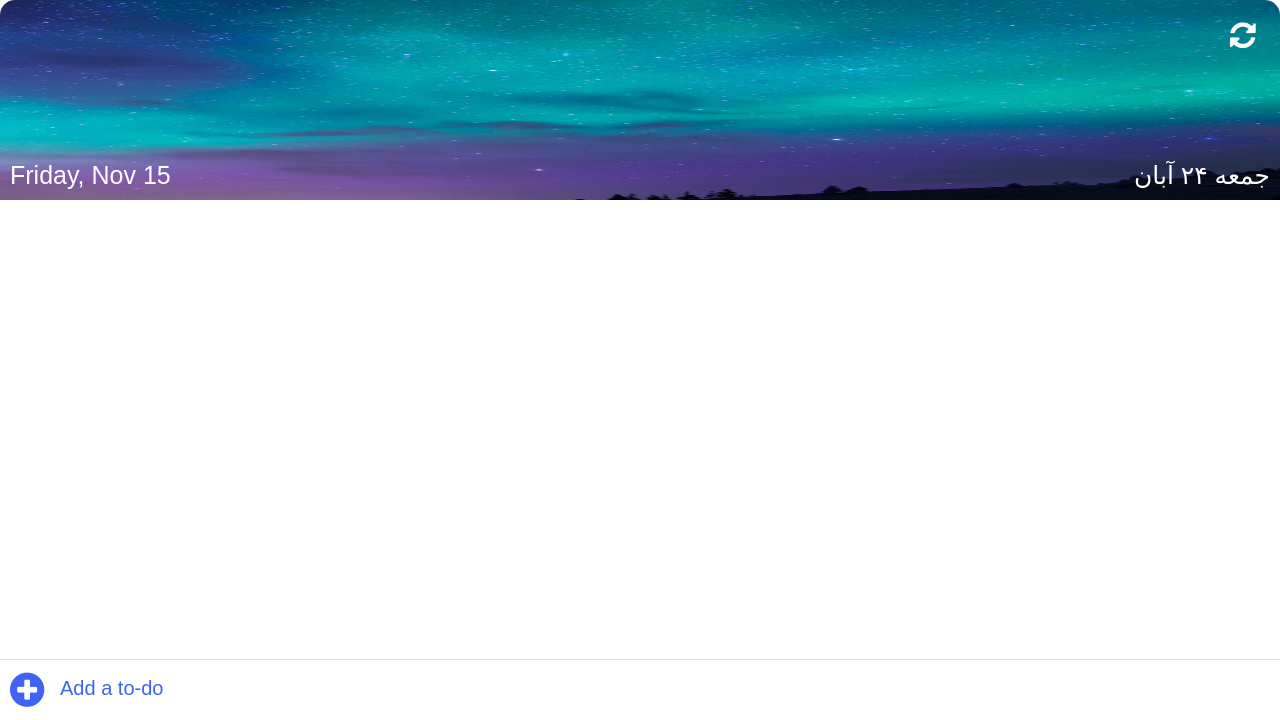
Repository: abouzarSoleymani/todo-js
Page: index.html
These files come from the project's save history. The page is drawn as it stood at one moment and after the next save; the edit follows.
The browser window is 1280 px wide. The pictures show the whole page.

Above is the page before, as saved 2019-11-15 16:09:25.

### index.html
<!-- CODE EXPLAINED CHANNEL -->
<!DOCTYPE html>
<html lang="en">
<head>
    <meta charset="UTF-8">
    <title>JavaScript - To Do List</title>
    <link href="https://fonts.googleapis.com/css?family=Roboto|Signika&display=swap" rel="stylesheet">
    <script src="https://unpkg.com/sweetalert/dist/sweetalert.min.js"></script>
        <link rel="stylesheet" href="css/font-awesome.css">
    <link rel="stylesheet" href="css/style.css">
</head>
<body>
    <div class="container">
        <div class="header">
            <div class="clear">
                <i class="fa fa-refresh"></i>
            </div>
            <div id="date"></div>
            <div id="date-fa"></div>
        </div>
        <div class="content">
            <ul id="list">
               <!--
                <li class="item">
                    <i class="fa fa-circle-thin co" job="complete" id="0"></i>
                    <p class="text">Drink Coffee</p>
                    <i class="fa fa-trash-o de" job="delete" id="0"></i>
                </li> -->
            </ul>
        </div>
        <div class="add-to-do">
            <i class="fa fa-plus-circle"></i>
            <input type="text" id="input" placeholder="Add a to-do">
        </div>
    </div>
    <script src="js/app.js"></script>
</body>
</html>

### css/style.css
/* ------------ youtube.com/CodeExplained ------------ */
body{
    padding: 0;
    margin: 0;
    background-color: rgba(255, 255, 255, 0.1);
    font-family: 'Roboto', sans-serif;
    height: 100vh;
}

/* ------------ container ------------ */
.container{
    width:100%;
    height:100%;
    margin:0 auto;
}

/* ------------ header ------------ */
.header{
    width: 100%;
    height:200px;
    background-image: url('../img/bg2.jpg');
    background-size: 100% 200%;
    background-repeat: no-repeat;
    border-radius: 15px 15px 0 0;
    position: relative;
}
.clear{
    width : 30px;
    height: 30px;
    position: absolute;
    right:20px;
    top: 20px;
}
.clear i{
    font-size: 30px;
    color: #FFF;
}
.clear i:hover{
    cursor: pointer;
    text-shadow: 1px 3px 5px #000;
    transform: rotate(45deg);
}
#date{
    position: absolute;
    bottom: 10px;
    left: 10px;
    color: #FFF;
    font-size: 25px;
    font-family: 'Titillium Web', sans-serif;
}
#date-fa{
    position: absolute;
    bottom: 10px;
    right: 10px;
    color: #FFF;
    font-size: 25px;
    font-family: 'Titillium Web', sans-serif;
}

/* ------------ content ------------ */
.content{
    width:100%;
    height: 350px;
    max-height:350px;
    background-color: #FFF;
    overflow: auto;
    padding-top: 40px;
}
.content::-webkit-scrollbar {
    display: none;
}
.content ul{
    padding:0;
    margin:0;
}
.item{
    width:100%;
    height: 45px;
    min-height: 45px;
    position: relative;
    border-bottom: 1px solid rgba(0,0,0,0.1);
    list-style: none;
    padding: 0;
    margin: 0;
}
.item i.co{
    position: absolute;
    font-size: 25px;
    padding-left:5px;
    left:15px;
    top:10px;
}
.item i.co:hover{
    cursor: pointer;
}
.fa-check-circle{
    color:#6eb200;
}
.item p.text{
    position: absolute;
    padding:0;
    margin:0;
    font-size: 20px;
    left:50px;
    top:5px;
    background-color: #FFF;
}
.lineThrough{
    text-decoration: line-through;
    color : #ccc;
}
.item i.de{
    position: absolute;
    font-size: 25px;
    right:15px;
    top:10px;
}
.item i.de:hover{
    color:#af0000;
    cursor: pointer;
}
/* ------------ add item ------------ */
.add-to-do{
    position: fixed;
    height:40px;
    bottom: 0;
    background-color: #FFF;
    padding: 10px;
    border-top: 1px solid rgba(0,0,0,0.1);
    left: 0;
    right: 0;
}
.add-to-do i{
    position: absolute;
    font-size: 40px;
    color: #4162f6;
}

.add-to-do input{
    position: absolute;
    left: 50px;
    height: 35px;
    background-color: transparent;
    border: none;
    font-size: 20px;
    padding-left:10px;
    width: calc(100% - 85px);
}
.add-to-do input::-webkit-input-placeholder { /* Chrome/Opera/Safari */
    color: #4162f6;
    font-family: 'Titillium Web', sans-serif;
    font-size: 20px;
}
.add-to-do input::-moz-placeholder { /* Firefox 19+ */
    color: #4162f6;
    font-family: 'Titillium Web', sans-serif;
    font-size: 20px;
}
.add-to-do input:-ms-input-placeholder { /* IE 10+ */
    color: #4162f6;
    font-family: 'Titillium Web', sans-serif;
    font-size: 20px;
}
.add-to-do input:-moz-placeholder { /* Firefox 18- */
    color: #4162f6;
    font-family: 'Titillium Web', sans-serif;
    font-size: 20px;
}

### js/app.js
// CODE EXPLAINED channel

// Select the Elements
const clear = document.querySelector(".clear");
const dateElementEN = document.getElementById("date");
const dateElementFA = document.getElementById("date-fa");
const list = document.getElementById("list");
const input = document.getElementById("input");

// Classes names
const CHECK = "fa-check-circle";
const UNCHECK = "fa-circle-thin";
const LINE_THROUGH = "lineThrough";

// Variables
let LIST, id;

// get item from localstorage
let data = localStorage.getItem("TODO");

// check if data is not empty
if(data){
    LIST = JSON.parse(data);
    id = LIST.length; // set the id to the last one in the list
    loadList(LIST); // load the list to the user interface
}else{
    // if data isn't empty
    LIST = [];
    id = uuidv4();
}

// load items to the user's interface
function loadList(array){
    array.forEach(function(item){
        addToDo(item.name, item.id, item.done, item.trash);
    });
}

// clear the local storage
clear.addEventListener("click", function(){
    localStorage.clear();
    location.reload();
});

// Show todays date
const optionsEN = {weekday : "long", month:"short", day:"numeric"};
const optionsFA = { weekday : "long", month:"short", day:"numeric"};
const today = new Date();

dateElementEN.innerHTML = today.toLocaleDateString("en-US", optionsEN);
dateElementFA.innerHTML = today.toLocaleDateString("fa", optionsFA);

// add to do function

function addToDo(toDo, id, done, trash){

    if(trash){ return; }

    const DONE = done ? CHECK : UNCHECK;
    const LINE = done ? LINE_THROUGH : "";
    const item = `<li class="item">
                    <i class="fa ${DONE} co" job="complete" id="${id}"></i>
                    <p class="text ${LINE}">${toDo}</p>
                    <i class="fa fa-trash-o de" job="delete" id="${id}"></i>
                  </li>
                `;

    const position = "beforeend";

    list.insertAdjacentHTML(position, item);
}

// add an item to the list user the enter key
document.addEventListener("keyup",function(even){
    if(event.keyCode == 13){
        const toDo = input.value;

        // if the input isn't empty
        if(toDo){
            addToDo(toDo, id, false, false);

            LIST.push({
                name : toDo,
                id : id,
                done : false,
                trash : false
            });

            // add item to localstorage ( this code must be added where the LIST array is updated)
            localStorage.setItem("TODO", JSON.stringify(LIST));

            id = uuidv4();
        }
        input.value = "";
    }
});


// complete to do
function completeToDo(element){
    element.classList.toggle(CHECK);
    element.classList.toggle(UNCHECK);
    element.parentNode.querySelector(".text").classList.toggle(LINE_THROUGH);

  //  LIST[element.id].done = LIST[element.id].done ? false : true;
    let item = LIST.find(item => item.id == element.id);
        item.done? item.done = false : item.done = true;
    // add item to localstorage ( this code must be added where the LIST array is updated)
    console.log(LIST.find(item => item.id == element.id).done)
    localStorage.setItem("TODO", JSON.stringify(LIST));
}

// remove to do
function removeToDo(element){
    confirm().then((willDelete) => {
        if(!willDelete)
         return;
        LIST.find(item => item.id == element.id).trash = true;
        element.parentNode.parentNode.removeChild(element.parentNode);
        showAlert("Poof! Your imaginary file has been deleted!", true);
         // add item to localstorage ( this code must be added where the LIST array is updated)
        localStorage.setItem("TODO", JSON.stringify(LIST));
        console.log(LIST)
    })

}

// target the items created dynamically

list.addEventListener("click", function(event){
    const element = event.target; // return the clicked element inside list
    const elementJob = element.attributes.job?element.attributes.job.value: ''; // complete or delete
    if(elementJob == "complete"){
        completeToDo(element);
    }else if(elementJob == "delete"){
        removeToDo(element);
    }


});

async function confirm() {
    try{
        let status = await swal({
            title: "Are you sure?",
            text: "Once deleted, you will not be able to recover this imaginary file!",
            icon: "warning",
            buttons: true,
            dangerMode: true,
          })
          return status;
    }catch(e){
        console.log(e)
    }

}
showAlert = (text, status) => {
    if(status){
        swal(text, {
            icon: "success",
          });
    }else{
        swal(text, {
            icon: "error",
          });
    }

}

function uuidv4() {
    return 'xxxxxxxx-xxxx-4xxx-yxxx-xxxxxxxxxxxx'.replace(/[xy]/g, function(c) {
      var r = Math.random() * 16 | 0, v = c == 'x' ? r : (r & 0x3 | 0x8);
      return v.toString(16);
    });
  }

Loaded but not shown: css/font-awesome.css (library)

After the next save:
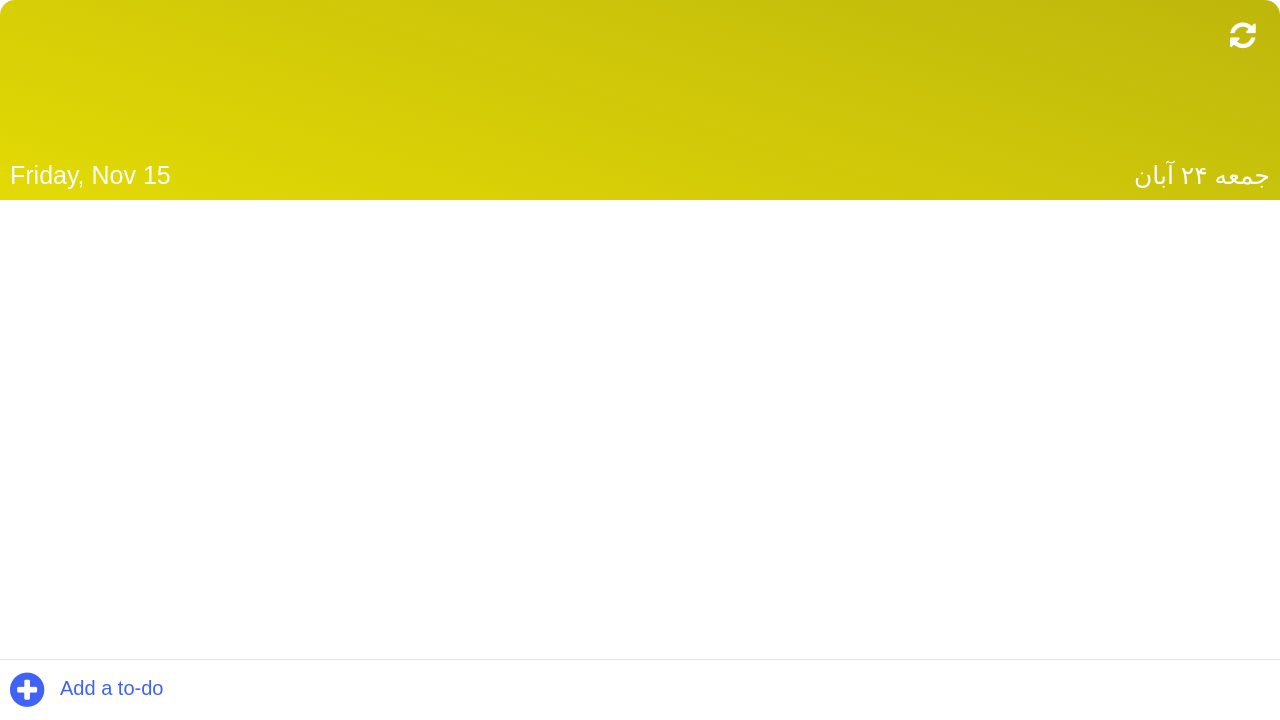
Saved 3 min 15 s later.
--- a/css/style.css
+++ b/css/style.css
@@ -18,9 +18,7 @@ body{
 .header{
     width: 100%;
     height:200px;
-    background-image: url('../img/bg2.jpg');
-    background-size: 100% 200%;
-    background-repeat: no-repeat;
+    background-image: linear-gradient(to right top, #f0e600, #e3da04, #d7ce07, #cac30a, #beb70c);    background-size: 100% 200%;
     border-radius: 15px 15px 0 0;
     position: relative;
 }
